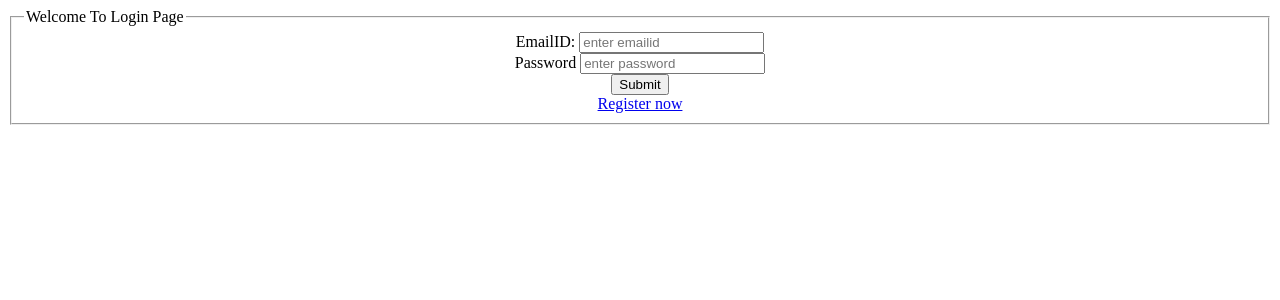
Repository: Tharungandhi/ServeltProject
Page: LginRegistrationApp/WebContent/login.html
These files come from the project's save history. The page is drawn as it stood at one moment and after the next save; the edit follows.
The browser window is 1280 px wide. The pictures show the whole page.

Above is the page before, as saved 2019-01-22 13:12:23.

### LginRegistrationApp/WebContent/login.html
<!DOCTYPE html>
<html>
<head>
<meta charset="UTF-8">
<title>Login Page</title>
</head>
<body>
<form action="login" method="post">

<fieldset>
<legend>Welcome To Login Page</legend>
<div align="center">
<div>
<label>EmailID:</label>
<input type="email" name="emailid"  placeholder="enter emailid" value="" required/> </div>
<div>
<label>Password</label>
<input type="password" name="password"  placeholder="enter password" value="" required/> </div>
<input type="submit" name="submit"/>
<div>
<a href=registration.html> Register now </a> </div>
</div>
</fieldset>
</form>
</body>
</html>

After the next save:
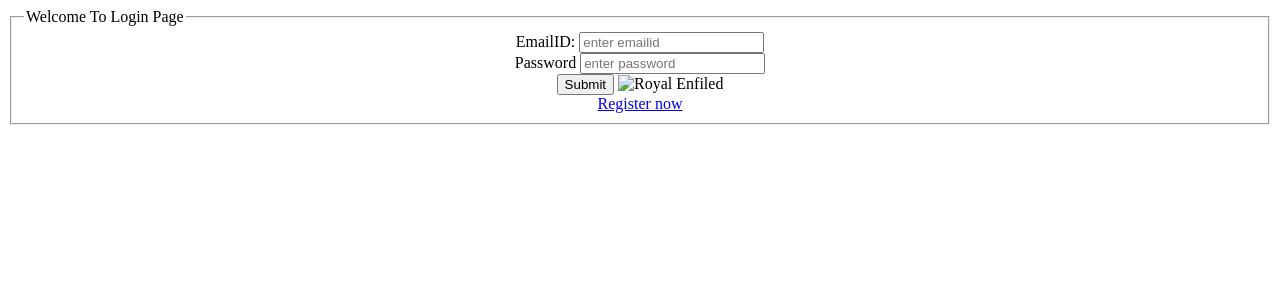
Not found: LginRegistrationApp/WebContent/home/admin1/Downloads/photo-1530248809527-ee069dc8373a.jpeg
Saved 62 s later.
--- a/LginRegistrationApp/WebContent/login.html
+++ b/LginRegistrationApp/WebContent/login.html
@@ -17,6 +17,7 @@
 <label>Password</label>
 <input type="password" name="password"  placeholder="enter password" value="" required/> </div>
 <input type="submit" name="submit"/>
+   <img src="/home/admin1/Downloads/photo-1530248809527-ee069dc8373a.jpeg" alt="Royal Enfiled">
 <div>
 <a href=registration.html> Register now </a> </div>
 </div>

After the save that followed:
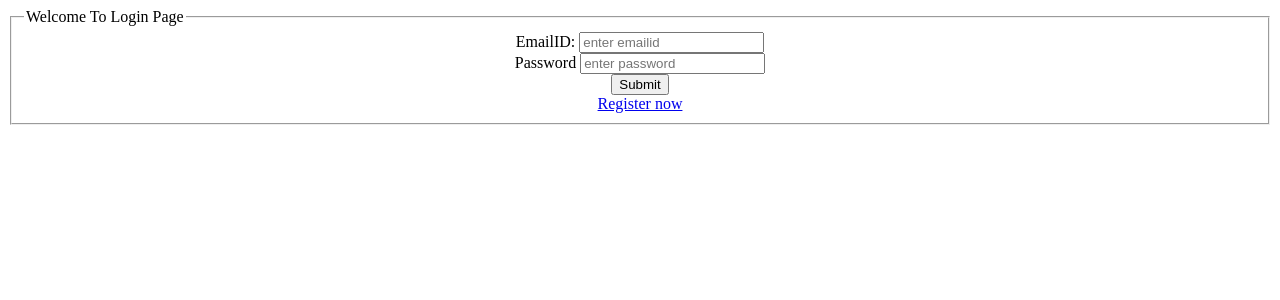
Saved 33 s later.
--- a/LginRegistrationApp/WebContent/login.html
+++ b/LginRegistrationApp/WebContent/login.html
@@ -17,7 +17,6 @@
 <label>Password</label>
 <input type="password" name="password"  placeholder="enter password" value="" required/> </div>
 <input type="submit" name="submit"/>
-   <img src="/home/admin1/Downloads/photo-1530248809527-ee069dc8373a.jpeg" alt="Royal Enfiled">
 <div>
 <a href=registration.html> Register now </a> </div>
 </div>
